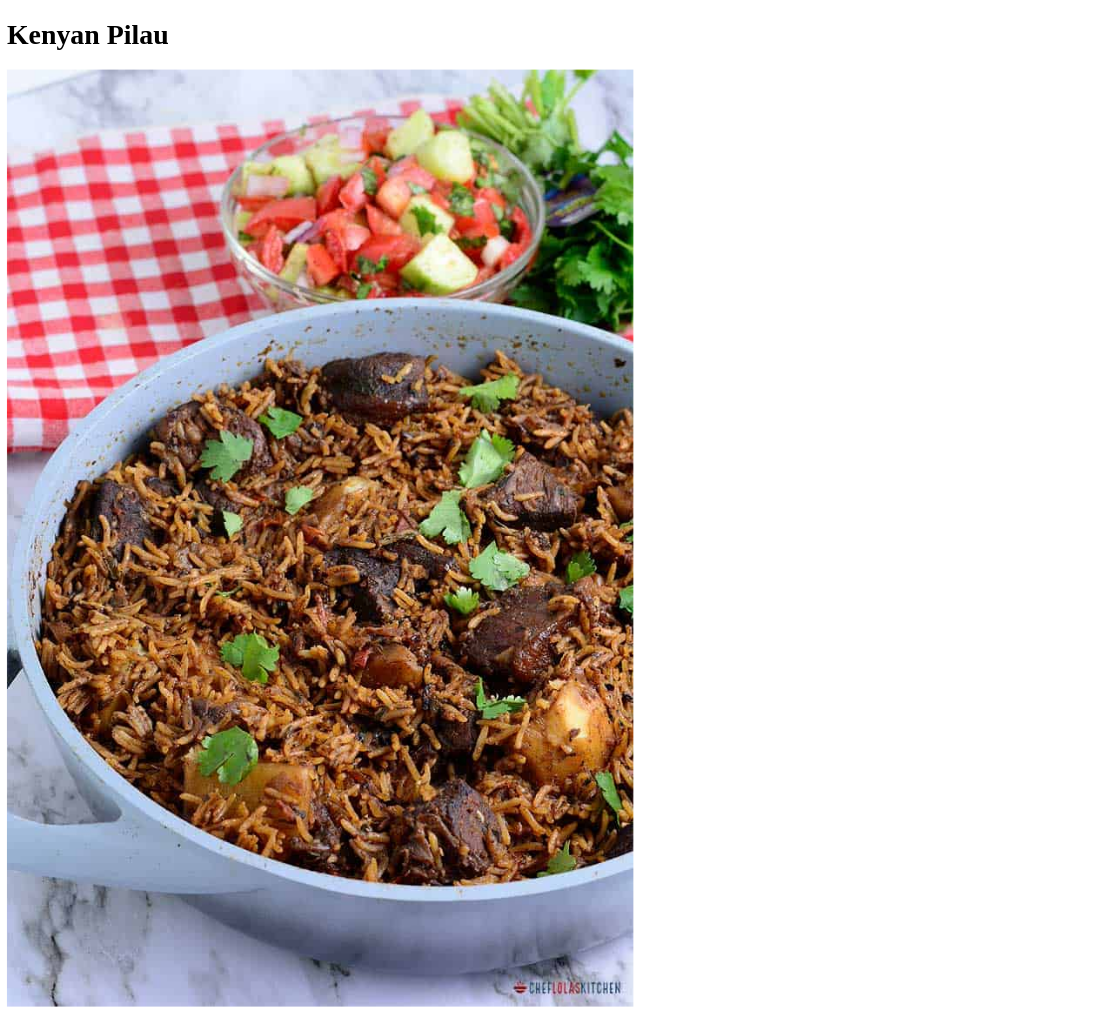
Repository: IanaAmke/odin-recipes
Page: recipes/pilau.html
An editor plug-in stored every save of this project. The page is shown before and after the next save, followed by the edit.
The browser window is 1280 px wide. The pictures show the whole page, at 87% of full size.

Above is the page before, as saved 2022-06-05 18:12:06.

After the next save:
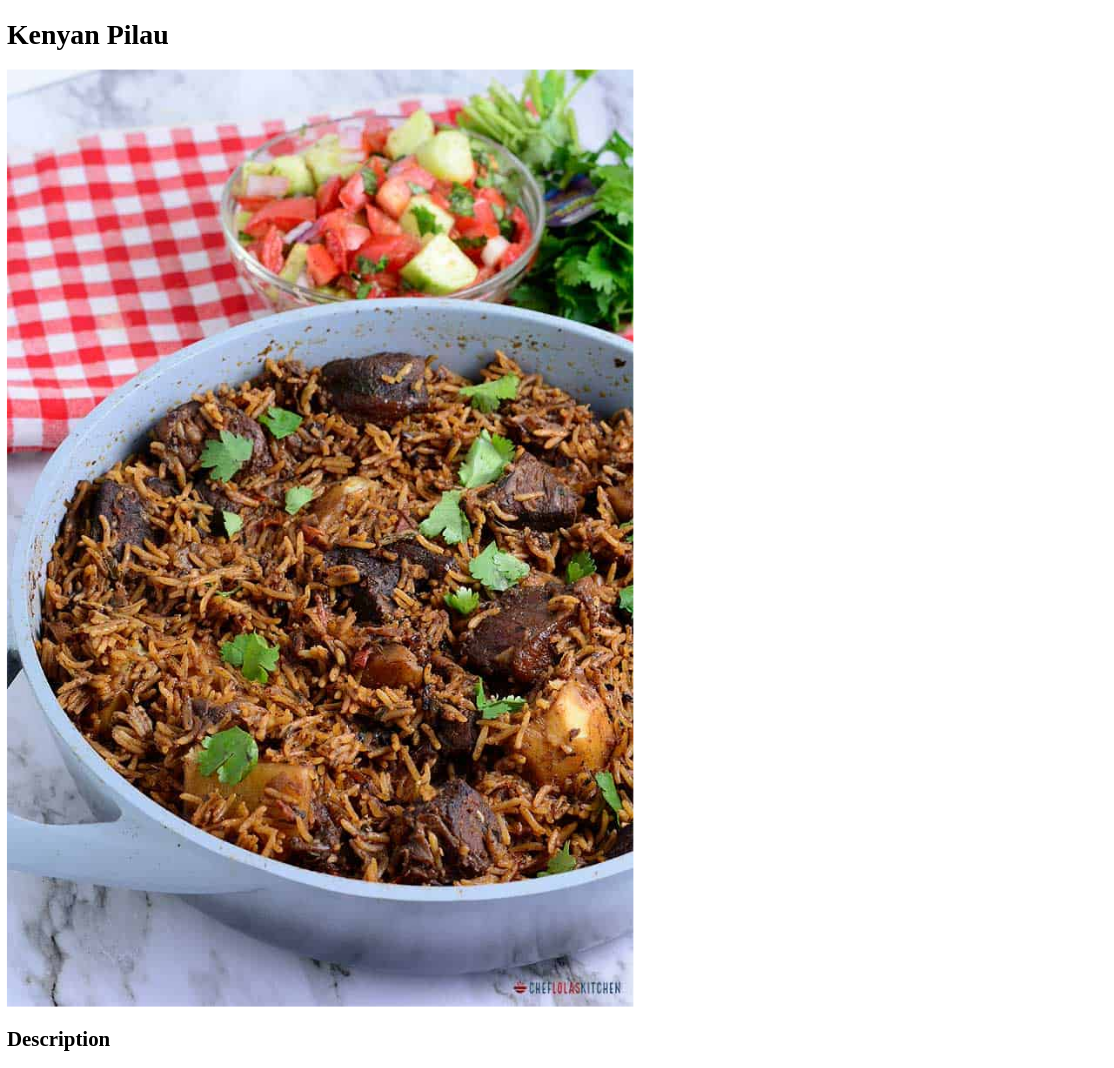
Saved 4 min 17 s later.
--- a/recipes/pilau.html
+++ b/recipes/pilau.html
@@ -9,7 +9,8 @@
 <body>
     <h1>Kenyan Pilau</h1>
     <img src="./img/pilau.jpg" alt="beef pilau rice with potatoes">
-    <h2></h2>
+    <h2>Description</h2>
+    <p></p>
 </body>
 
 </html>
